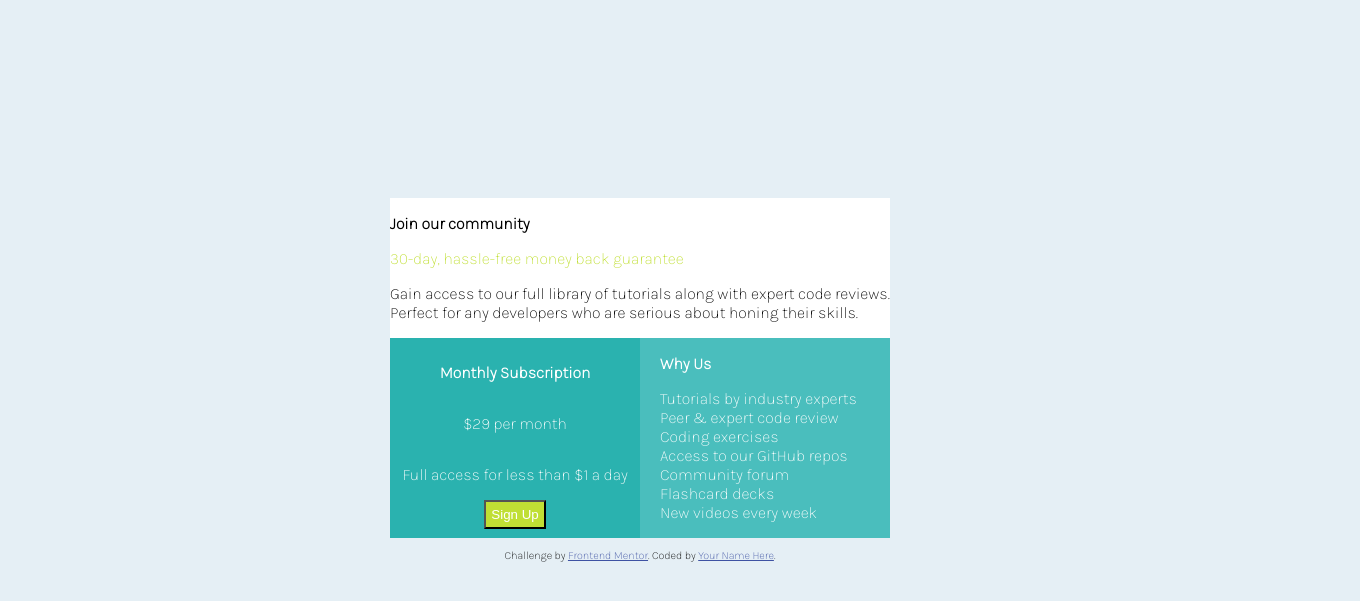
Repository: jminervino/PriceGridComponent
Page: index.html
An editor plug-in stored every save of this project. The page is shown before and after the next save, followed by the edit.
The browser window is 1280 px wide. The page is 1360 px wide, so the pictures cover 1360 px, including what lies to the right of the window. The pictures show the whole page.

Above is the page before, as saved 2022-02-06 00:36:42.

### index.html
<!DOCTYPE html>
<html lang="en">
<head>
  <meta charset="UTF-8">
  <meta name="viewport" content="width=device-width, initial-scale=1.0"> <!-- displays site properly based on user's device -->

  <link rel="icon" type="image/png" sizes="32x32" href="./images/favicon-32x32.png">
  <link rel="stylesheet" href="style.css">

  <title>Frontend Mentor | Single Price Grid Component</title>

  <!-- Feel free to remove these styles or customise in your own stylesheet 👍 -->
  <style>
    .attribution { font-size: 11px; text-align: center; }
    .attribution a { color: hsl(228, 45%, 44%); }
  </style>
</head>
<body>
    <div class="container">
        <div class="sub-container-one">
            <p class="main-line">Join our community</p>

            <p class="text-yellow">30-day, hassle-free money back guarantee</p>

            <p>
                Gain access to our full library of tutorials along with expert code reviews. <br>
                Perfect for any developers who are serious about honing their skills.
            </p>
        </div>
        <div class="sub-container-two">
            <div class="box-one">
                <p class="main-line">Monthly Subscription</p>

                <p>&dollar;29 per month</p>

                <p>Full access for less than &dollar;1 a day</p>

                <button>Sign Up</button>
            </div>
            <div class="box-two">
                <p class="main-line line-space">Why Us</p>
                <p class="line-space">
                    Tutorials by industry experts <br>
                    Peer &amp; expert code review <br>
                    Coding exercises <br>
                    Access to our GitHub repos <br>
                    Community forum <br>
                    Flashcard decks <br>
                    New videos every week <br>
                </p>

            </div>
        </div>
    </div>
  <footer>
    <p class="attribution">
      Challenge by <a href="https://www.frontendmentor.io?ref=challenge" target="_blank">Frontend Mentor</a>.
      Coded by <a href="#">Your Name Here</a>.
    </p>
  </footer>
</body>
</html>

### style.css
@import url('https://fonts.googleapis.com/css2?family=Karla:ital,wght@0,200;1,200&family=Open+Sans+Condensed:wght@300&family=Quicksand:wght@300;400;500;600;700&display=swap');

body {

    background-color: hsl(204, 43%, 93%);
    display: flex;
    align-items: center;
    justify-content: center;
    font-family: "Karla", sans-serif;
    font-size: 16px;
    font-weight: 400;
    flex-direction: column;
}

button {
    background-color: hsl(71, 73%, 54%);
    color: white;
    padding: 5px;
}

.container {
    display: flex;
    align-items: center;
    justify-content: center;
    flex-direction: column;
    margin-top: 15%;
    border-radius: 10px;
}

.main-line {
    font-weight: 700;
}

.sub-container-one {
    background-color: white;
}

.sub-container-two {
    display: flex;
    align-items: center;
    justify-content: center;
    color: white;
    width: 1440px;
}

.text-yellow {
    color: hsl(71, 73%, 54%);
}

.box-one {
    display: flex;
    align-items: center;
    justify-content: center;
    flex-direction: column;
    background-color: hsl(179, 62%, 43%);
    height: 200px;
    width: 250px;
}

.box-two {
    background-color: #4abebd;
    height: 200px;
    width: 250px;
}

.line-space {
    margin-left: 20px;
}

After the next save:
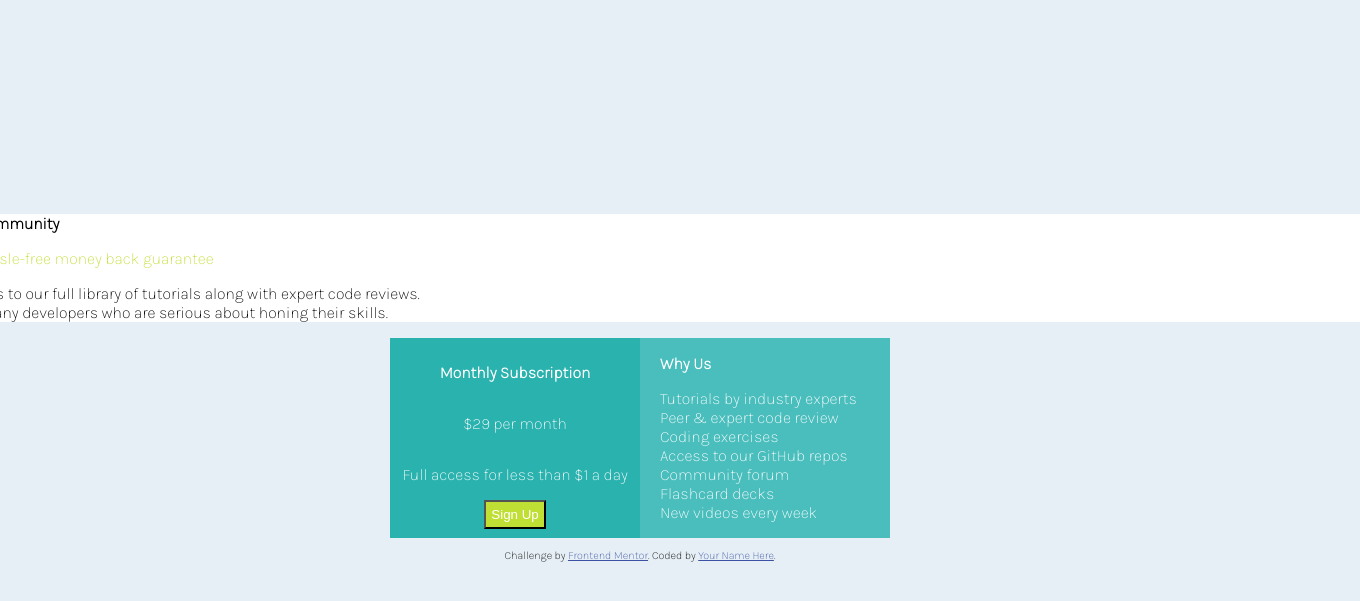
Saved 25 s later.
--- a/index.html
+++ b/index.html
@@ -17,38 +17,39 @@
 </head>
 <body>
     <div class="container">
-        <div class="sub-container-one">
-            <p class="main-line">Join our community</p>
+        <div>
+            <div class="sub-container-one">
+                <p class="main-line">Join our community</p>
 
-            <p class="text-yellow">30-day, hassle-free money back guarantee</p>
+                <p class="text-yellow">30-day, hassle-free money back guarantee</p>
 
-            <p>
-                Gain access to our full library of tutorials along with expert code reviews. <br>
-                Perfect for any developers who are serious about honing their skills.
-            </p>
-        </div>
-        <div class="sub-container-two">
-            <div class="box-one">
-                <p class="main-line">Monthly Subscription</p>
+                <p>
+                    Gain access to our full library of tutorials along with expert code reviews. <br>
+                    Perfect for any developers who are serious about honing their skills.
+                </p>
+            </div>
+            <div class="sub-container-two">
+                <div class="box-one">
+                    <p class="main-line">Monthly Subscription</p>
 
-                <p>&dollar;29 per month</p>
+                    <p>&dollar;29 per month</p>
 
-                <p>Full access for less than &dollar;1 a day</p>
+                    <p>Full access for less than &dollar;1 a day</p>
 
-                <button>Sign Up</button>
-            </div>
-            <div class="box-two">
-                <p class="main-line line-space">Why Us</p>
-                <p class="line-space">
-                    Tutorials by industry experts <br>
-                    Peer &amp; expert code review <br>
-                    Coding exercises <br>
-                    Access to our GitHub repos <br>
-                    Community forum <br>
-                    Flashcard decks <br>
-                    New videos every week <br>
-                </p>
-
+                    <button>Sign Up</button>
+                </div>
+                <div class="box-two">
+                    <p class="main-line line-space">Why Us</p>
+                    <p class="line-space">
+                        Tutorials by industry experts <br>
+                        Peer &amp; expert code review <br>
+                        Coding exercises <br>
+                        Access to our GitHub repos <br>
+                        Community forum <br>
+                        Flashcard decks <br>
+                        New videos every week <br>
+                    </p>
+                </div>
             </div>
         </div>
     </div>
